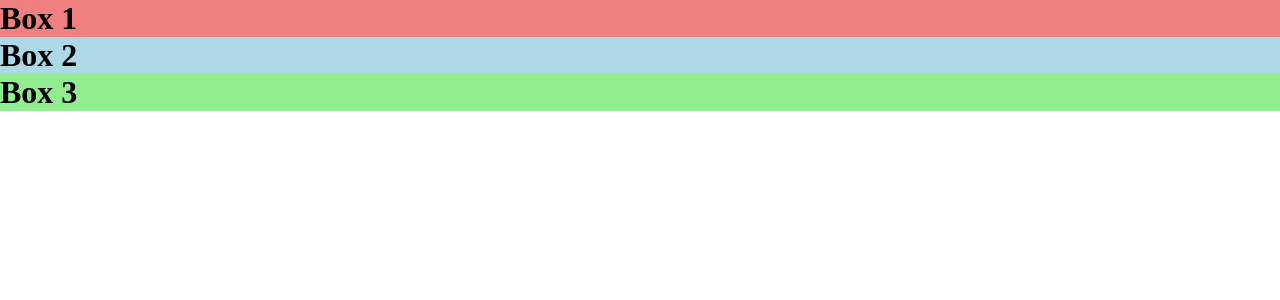
Repository: situmorang-com/grid-system
Page: index.html
The author's editor kept a copy of each file at every save. The page is drawn from the files as they stood at one save, then again after the next save.
The browser window is 1280 px wide. The pictures show the whole page.

Above is the page before, as saved 2020-06-24 17:48:07.

After the next save:
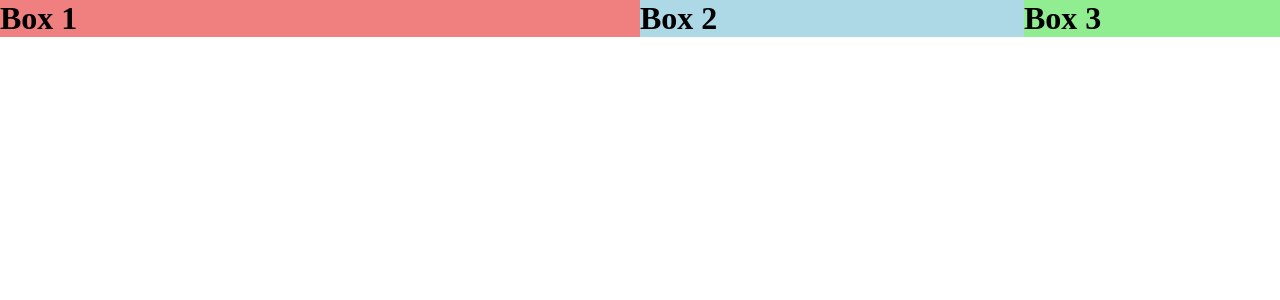
Saved 6 min 36 s later.
--- a/style.css
+++ b/style.css
@@ -18,4 +18,5 @@
 
 main {
     display: grid;
+    grid-template-columns: 50% 30% 20%;
 }
